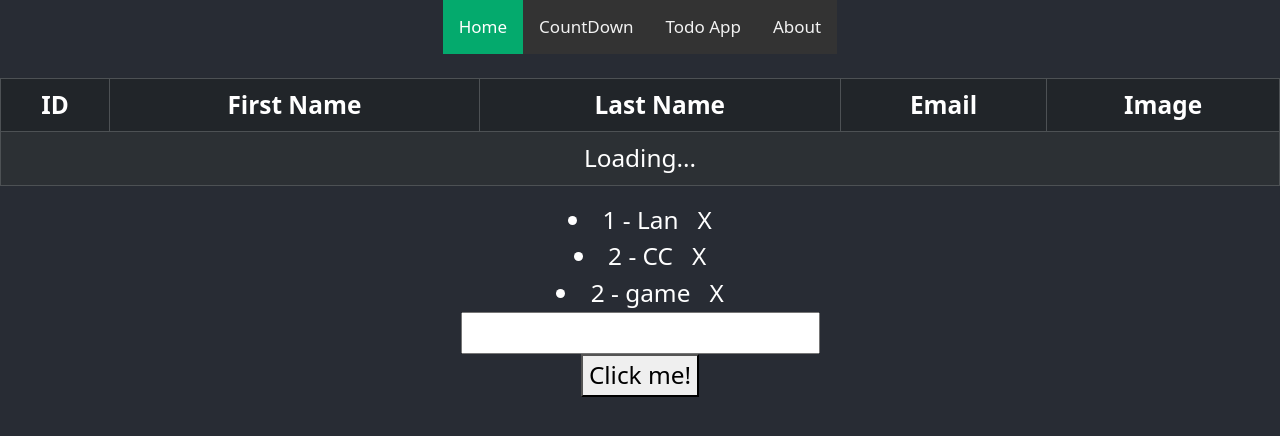
Repository: ThucSkin/React-hook-basic
Page: /
The author's editor kept a copy of each file at every save. The page is drawn from the files as they stood at one save, then again after a run of saves.
The browser window is 1280 px wide. The pictures show the whole page.
The page's requests for data from a server got no answer. The project was rebuilt for these pictures with package versions that can differ from the ones it lists, and the page was loaded fresh each time. No one was signed in, and anything a server would have sent is missing. Also part of the build but not shown: src/views/TableApi/TableUser.scss, src/views/CountDown/countdown.js.

Above is the page before, as saved 2023-06-11 16:29:39.

After the next 6 saves:
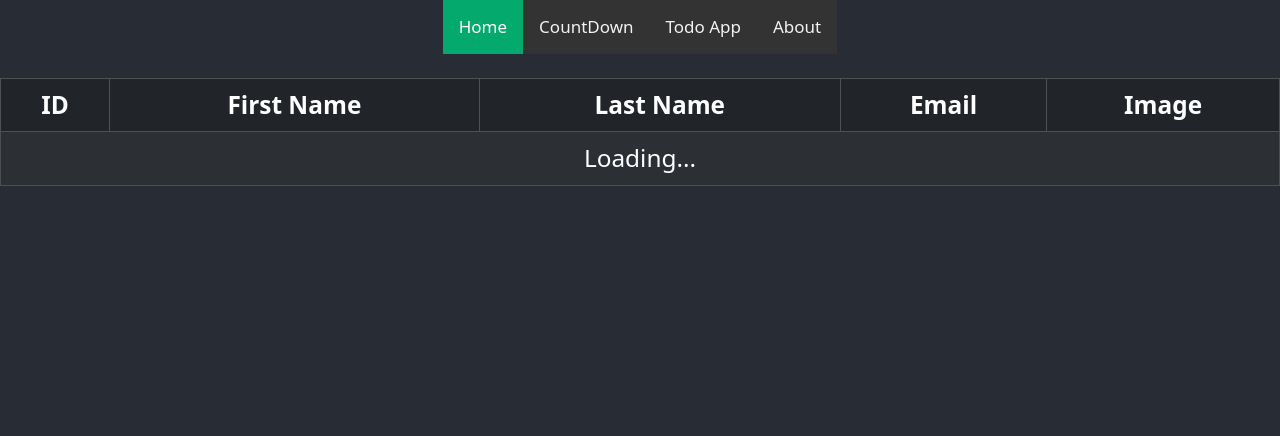
The 6 saves are shown as one change because 4 did not build or start and some came seconds apart.
The last was saved 3 min 41 s later.
--- a/src/App.js
+++ b/src/App.js
@@ -1,4 +1,4 @@
-import logo from './logo.svg';
+
 import './App.css';
 import Nav from './views/Nav';
 import { useState, useEffect } from 'react';
@@ -48,16 +48,16 @@ const App = () => {
         <Routes>
           <Route path='/' element={<TableApi />}></Route>
           <Route path='/countdown' element={<CountDown />}></Route>
-          <Route path='/todo' element={<Todo />}></Route>
+          <Route path='/todo'>
+            {/* <Todo
+              //props:value
+              todos={todos}
+              deleteDataTodo={deleteDataTodo}
+            />
+            <input type='text' value={age} onChange={(e) => handleAge(e)} />
+            <button onClick={() => handleClickMe()} type='button'>Click me!</button> */}
+          </Route>
         </Routes>
-        <Todo
-          //props:value
-          todos={todos}
-          deleteDataTodo={deleteDataTodo}
-        />
-        <input type='text' value={age} onChange={(e) => handleAge(e)} />
-        <button onClick={() => handleClickMe()} type='button'>Click me!</button>
-
       </header>
     </div>
   );
